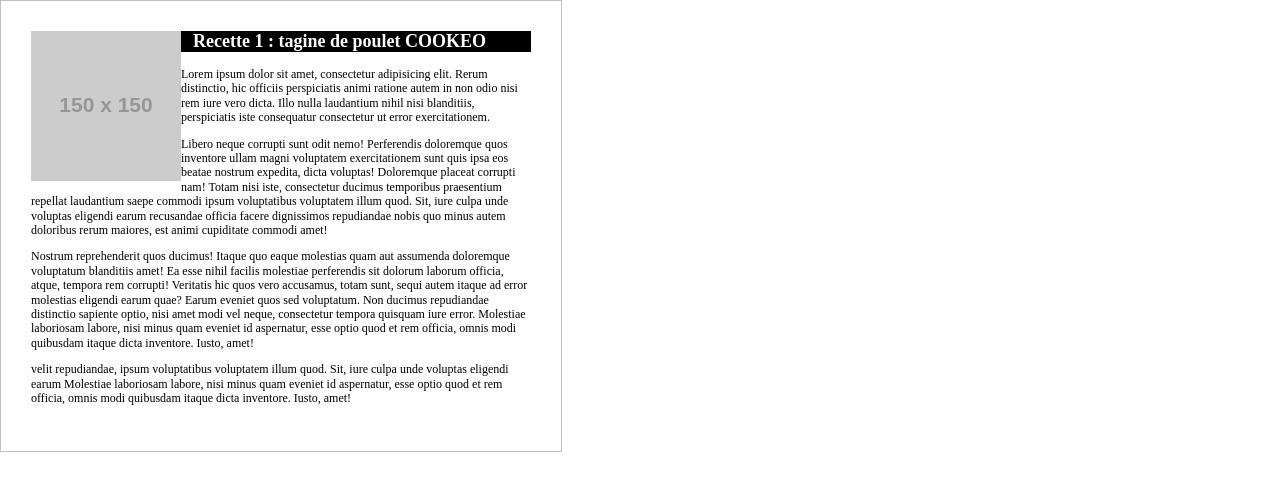
Repository: Luc010/Exercices
Page: HTML CSS/cours/float4.html
The author's editor kept a copy of each file at every save. The page is drawn from the files as they stood at one save, then again after a run of saves.
The browser window is 1280 px wide. The pictures show the whole page.

Above is the page before, as saved 2019-09-05 11:50:37.

### HTML CSS/cours/float4.html
<!DOCTYPE html>
<html lang="fr">
<head>
    <meta charset="UTF-8">
    <title>Document</title>
    <style>
        body {
            margin: 0;
            font-family: corbel;
            font-size: 12px;

        }
        .col2 {
            width: 560px;
            min-height: 450px;
            background-color: white;
            overflow: hidden;
            border: 1px solid silver;

        }
        article h1 {
            background-color: black;
            color: white;
            text-indent: 12px;

        }
        article {
            margin: 30px;

        }
        p {
            margin-bottom: 0;
            line-height: 120%;
        }
    </style>
</head>
<body>
    <div class="col2">
        <article>
            <img src="https://via.placeholder.com/150" style="float: left;">
            <h1>Recette 1 : tagine de poulet COOKEO</h1>
            <!-- <img  src="https://via.placeholder.com/140x180" alt=""> -->
            <p>Lorem ipsum dolor sit amet, consectetur adipisicing elit. Rerum distinctio, hic officiis perspiciatis
                animi ratione autem in non odio nisi rem iure vero dicta. Illo nulla laudantium nihil nisi blanditiis,
                perspiciatis iste consequatur consectetur ut error exercitationem. </p>

            <p>Libero neque corrupti sunt odit nemo! Perferendis doloremque quos inventore ullam magni voluptatem
                exercitationem sunt quis ipsa eos beatae nostrum expedita, dicta voluptas! Doloremque placeat corrupti
                nam! Totam nisi iste, consectetur ducimus temporibus praesentium repellat laudantium saepe commodi ipsum
                voluptatibus voluptatem illum quod. Sit, iure culpa unde voluptas eligendi earum recusandae officia
                facere dignissimos repudiandae nobis quo minus autem doloribus rerum maiores, est animi cupiditate
                commodi amet! </p>

            <p>Nostrum reprehenderit quos ducimus! Itaque quo eaque molestias quam aut assumenda doloremque voluptatum
                blanditiis amet! Ea esse nihil facilis molestiae perferendis sit dolorum laborum officia, atque, tempora
                rem corrupti! Veritatis hic quos vero accusamus, totam sunt, sequi autem itaque ad error molestias
                eligendi earum quae? Earum eveniet quos sed voluptatum. Non ducimus repudiandae distinctio sapiente
                optio, nisi amet modi vel neque, consectetur tempora quisquam iure error. Molestiae laboriosam labore,
                nisi minus quam eveniet id aspernatur, esse optio quod et rem officia, omnis modi quibusdam itaque dicta
                inventore. Iusto, amet!</p>

            <p>velit repudiandae, ipsum voluptatibus voluptatem illum quod. Sit, iure culpa unde voluptas eligendi earum
                Molestiae laboriosam labore, nisi minus quam eveniet id aspernatur, esse optio quod et rem officia,
                omnis modi quibusdam itaque dicta inventore. Iusto, amet!</p>

        </article>
    </div>
</body>
</html>

After the next 2 saves:
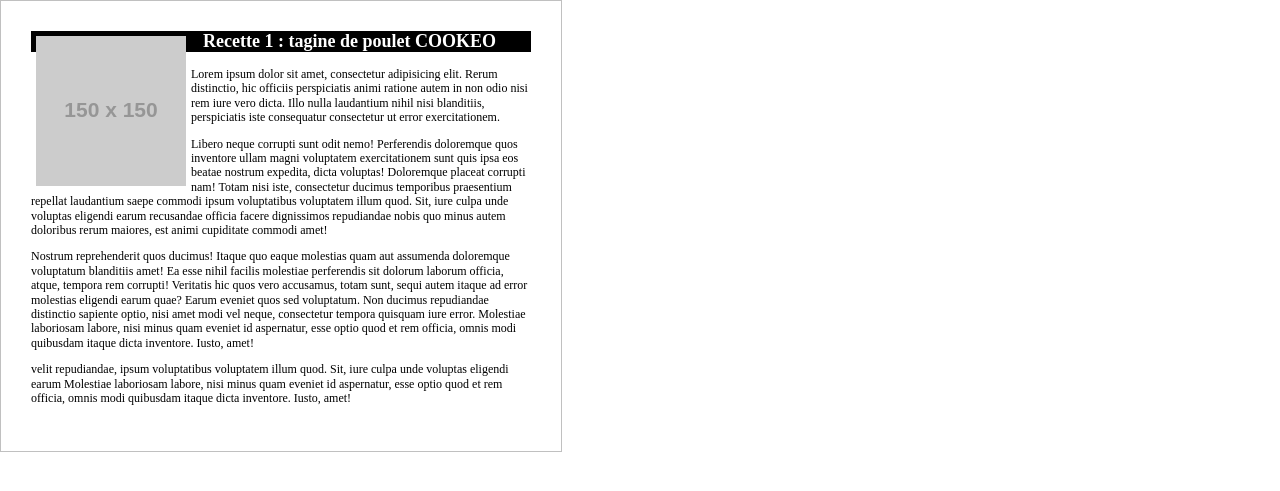
The 2 saves are shown as one change because they came seconds apart.
The last was saved 27 s later.
--- a/HTML CSS/cours/float4.html
+++ b/HTML CSS/cours/float4.html
@@ -37,7 +37,7 @@
 <body>
     <div class="col2">
         <article>
-            <img src="https://via.placeholder.com/150" style="float: left;">
+            <img src="https://via.placeholder.com/150" style="float: left;margin: 5px;">
             <h1>Recette 1 : tagine de poulet COOKEO</h1>
             <!-- <img  src="https://via.placeholder.com/140x180" alt=""> -->
             <p>Lorem ipsum dolor sit amet, consectetur adipisicing elit. Rerum distinctio, hic officiis perspiciatis
